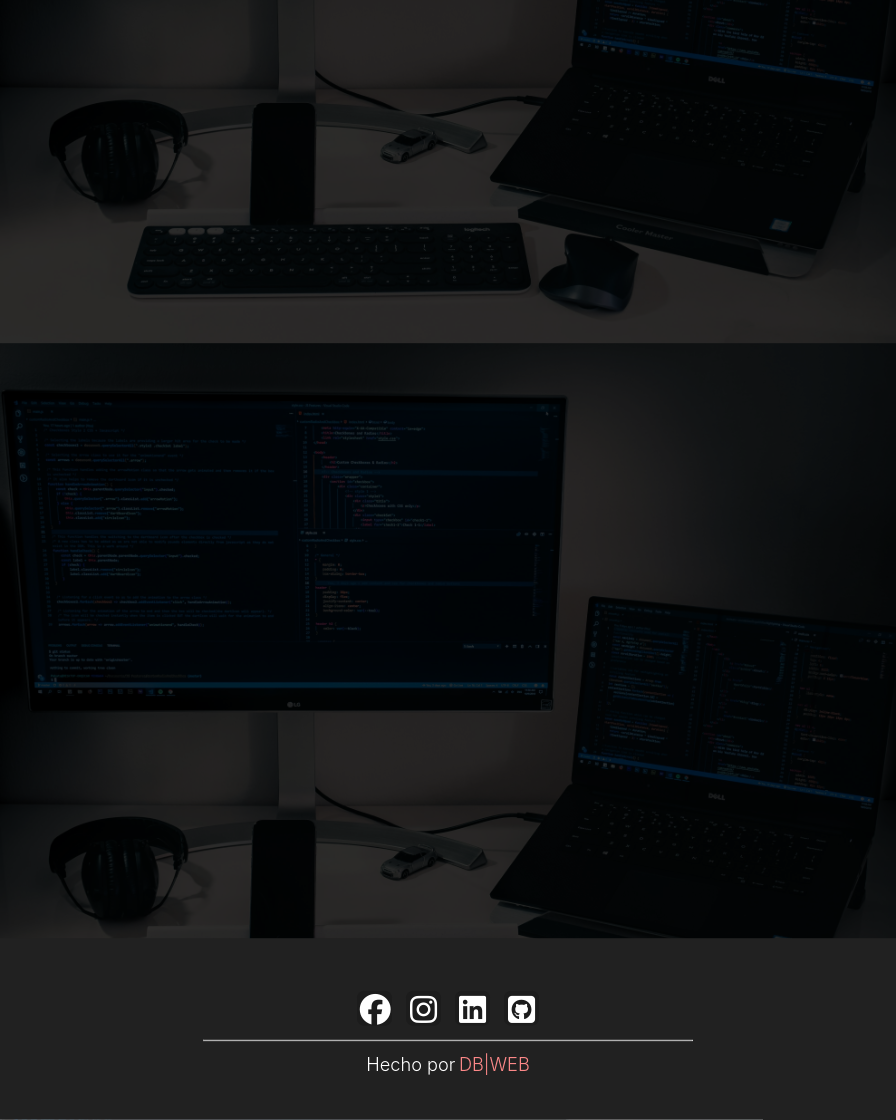
Repository: DamianBermudez94/DB-Porfolio
Page: /
The author's editor kept a copy of each file at every save. The page is drawn from the files as they stood at one save, then again after the next save.
The browser window is 1280 px wide. The pictures show the part of the page from y = 3605 to 5525 px (the page is 5205 px tall before and 5525 px after), at 70% of full size.
Backgrounds fixed to the window are drawn as part of the page. Some web libraries are served in a nearby version. The project was rebuilt for these pictures with package versions that can differ from the ones it lists, and the page was loaded fresh each time. Also part of the build but not shown: vite.config.js, src/components/Conocimientos/styles.css, src/components/Conocimientos/Conocimientos.jsx, src/pages/AcerdaDe.jsx, src/components/Contacto/styles.css, src/components/Contacto/Contact.jsx, src/pages/contacto.jsx, src/data/trabajos.js and 4 more.

Above is the page before, as saved 2024-04-02 09:52:48.

After the next save:
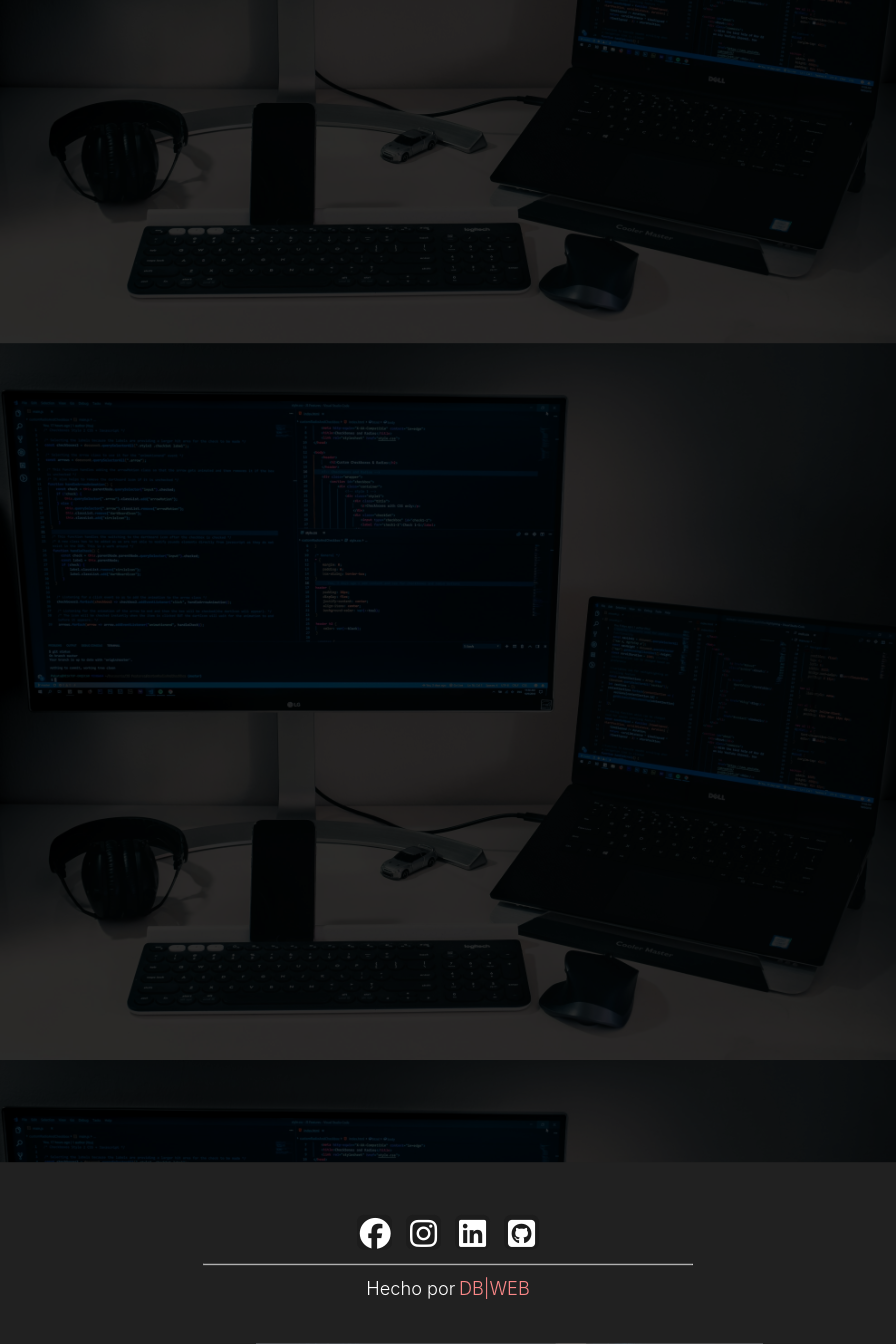
Saved 33 s later.
--- a/src/components/Servicios/Service.jsx
+++ b/src/components/Servicios/Service.jsx
@@ -140,19 +140,19 @@ export const Service = () => {
             <h3 className="text-title">Diseño Web</h3>
             <ul>
               <li>
-                <p></p>
-              </li>
-              <li>
-                <p></p>
-              </li>
-              <li>
-                <p></p>
-              </li>
-              <li>
-                <p></p>
-              </li>
-              <li>
-                <p></p>
+                <p>Creación de diseños visualmente atractivos y coherentes que reflejen la marca y cautiven al público objetivo.</p>
+              </li>
+              <li>
+                <p>Utilización de principios de diseño UX/UI para garantizar una navegación intuitiva y una experiencia de usuario satisfactoria.</p>
+              </li>
+              <li>
+                <p>Integración de elementos multimedia y contenido interactivo para enriquecer la experiencia del usuario.</p>
+              </li>
+              <li>
+                <p>Enfoque en la accesibilidad web y la usabilidad para garantizar que el sitio sea inclusivo y accesible para todos los usuarios.</p>
+              </li>
+              <li>
+                <p>Colaboración estrecha con el cliente para entender sus necesidades y objetivos, y ofrecer soluciones creativas y efectivas.</p>
               </li>
             </ul>
           </div>
